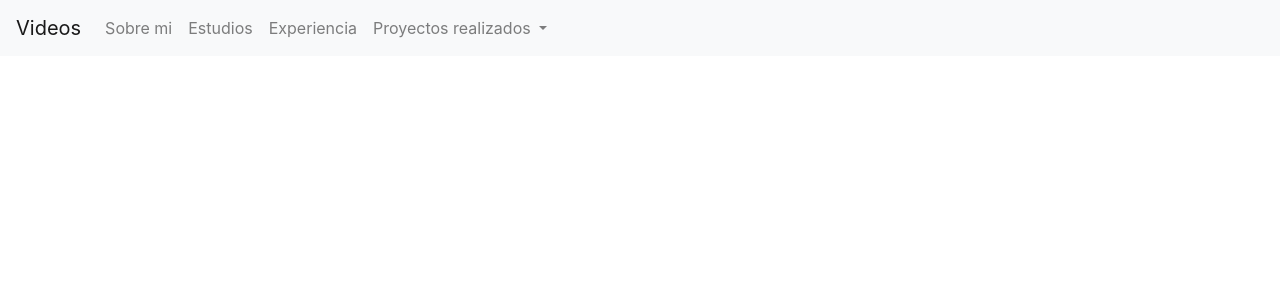
Repository: Hrotgarion1/jose
Page: video.html
The author's editor kept a copy of each file at every save. The page is drawn from the files as they stood at one save, then again after the next save.
The browser window is 1280 px wide. The pictures show the whole page.

Above is the page before, as saved 2020-09-29 17:51:36.

### video.html
<!DOCTYPE html>
<html lang="en">
<head>
    <meta charset="UTF-8">
    <meta name="viewport" content="width=device-width, user-scalable=no, initial-scale=1.0, maximum-scale=1.0, minimum-scale=1.0">
    <title>josenunez.eu</title>
    <meta name="jose p nunez" content="">
    <link rel="stylesheet" href="css/bootstrap.min.css">
    <!-- Favicon -->
    <link rel="shortcut icon" href="img/LogoPuntaDeLanza.png">
</head>
<body>
    <!--Navegador responsive de la web-->
    <nav class="navbar navbar-expand-lg navbar-light bg-light">
        <a class="navbar-brand" href="../jose/index.html">Videos</a>
        <button class="navbar-toggler" type="button" data-toggle="collapse" data-target="#navbarNavDropdown" aria-controls="navbarNavDropdown" aria-expanded="false" aria-label="Toggle navigation">
          <span class="navbar-toggler-icon"></span>
        </button>

        <div class="collapse navbar-collapse" id="navbarNavDropdown">
          <ul class="navbar-nav">
            <li class="nav-item">
              <a class="nav-link" href="#">Sobre mi <span class="sr-only">(current)</span></a>
            </li>
            <li class="nav-item">
              <a class="nav-link" href="#">Estudios</a>
            </li>
            <li class="nav-item">
              <a class="nav-link" href="#">Experiencia</a>
            </li>
            <li class="nav-item dropdown">
              <a class="nav-link dropdown-toggle" href="#" id="navbarDropdownMenuLink" role="button" data-toggle="dropdown" aria-haspopup="true" aria-expanded="false">
                Proyectos realizados
              </a>
              <div class="dropdown-menu" aria-labelledby="navbarDropdownMenuLink">
                <a class="dropdown-item" href="../jose/solid.html">Diseños con SolidWorks</a>
                <a class="dropdown-item" href="../jose/catia.html">Diseños con Catia V5</a>
                <a class="dropdown-item" href="../jose/projects.html">Proyectos realizados</a>
                <a class="dropdown-item" href="../jose/video.html">Videos</a>
              </div>
            </li>
          </ul>
        </div>
      </nav>

      <!--Imagen principal-->

    <script src="js/jquery-3.5.1.min.js"></script>
    <script src="js/bootstrap.min.js"></script>



</body>
</html>

Loaded but not shown: css/bootstrap.min.css (library); js/jquery-3.5.1.min.js (library); js/bootstrap.min.js (library)

After the next save:
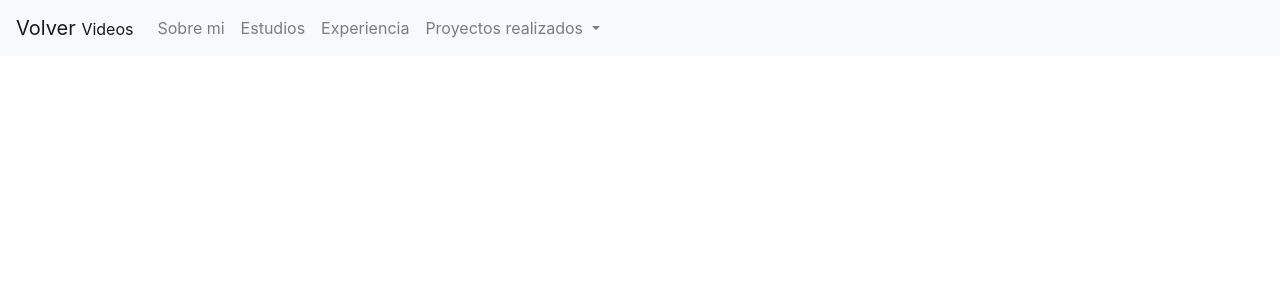
Saved 2 min 10 s later.
--- a/video.html
+++ b/video.html
@@ -12,7 +12,7 @@
 <body>
     <!--Navegador responsive de la web-->
     <nav class="navbar navbar-expand-lg navbar-light bg-light">
-        <a class="navbar-brand" href="../jose/index.html">Videos</a>
+        <a class="navbar-brand" href="../jose/index.html">Volver <small>Videos</small></a>
         <button class="navbar-toggler" type="button" data-toggle="collapse" data-target="#navbarNavDropdown" aria-controls="navbarNavDropdown" aria-expanded="false" aria-label="Toggle navigation">
           <span class="navbar-toggler-icon"></span>
         </button>

After the save that followed:
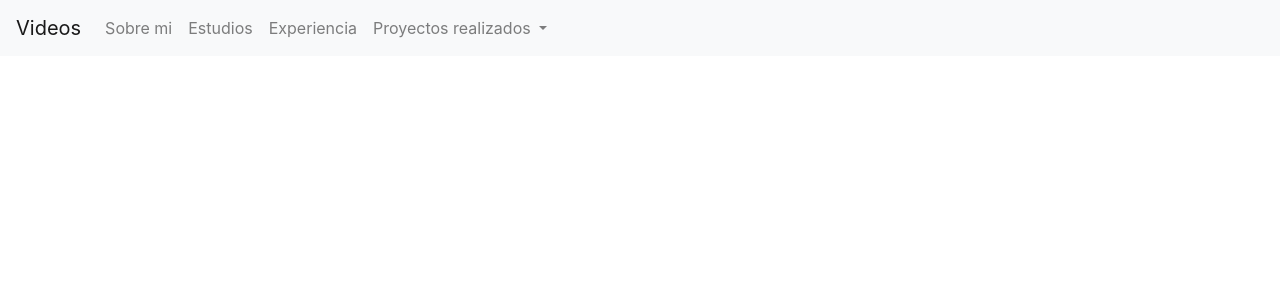
Saved 41 s later.
--- a/video.html
+++ b/video.html
@@ -12,7 +12,7 @@
 <body>
     <!--Navegador responsive de la web-->
     <nav class="navbar navbar-expand-lg navbar-light bg-light">
-        <a class="navbar-brand" href="../jose/index.html">Volver <small>Videos</small></a>
+        <a class="navbar-brand" href="../jose/index.html">Videos</a>
         <button class="navbar-toggler" type="button" data-toggle="collapse" data-target="#navbarNavDropdown" aria-controls="navbarNavDropdown" aria-expanded="false" aria-label="Toggle navigation">
           <span class="navbar-toggler-icon"></span>
         </button>
